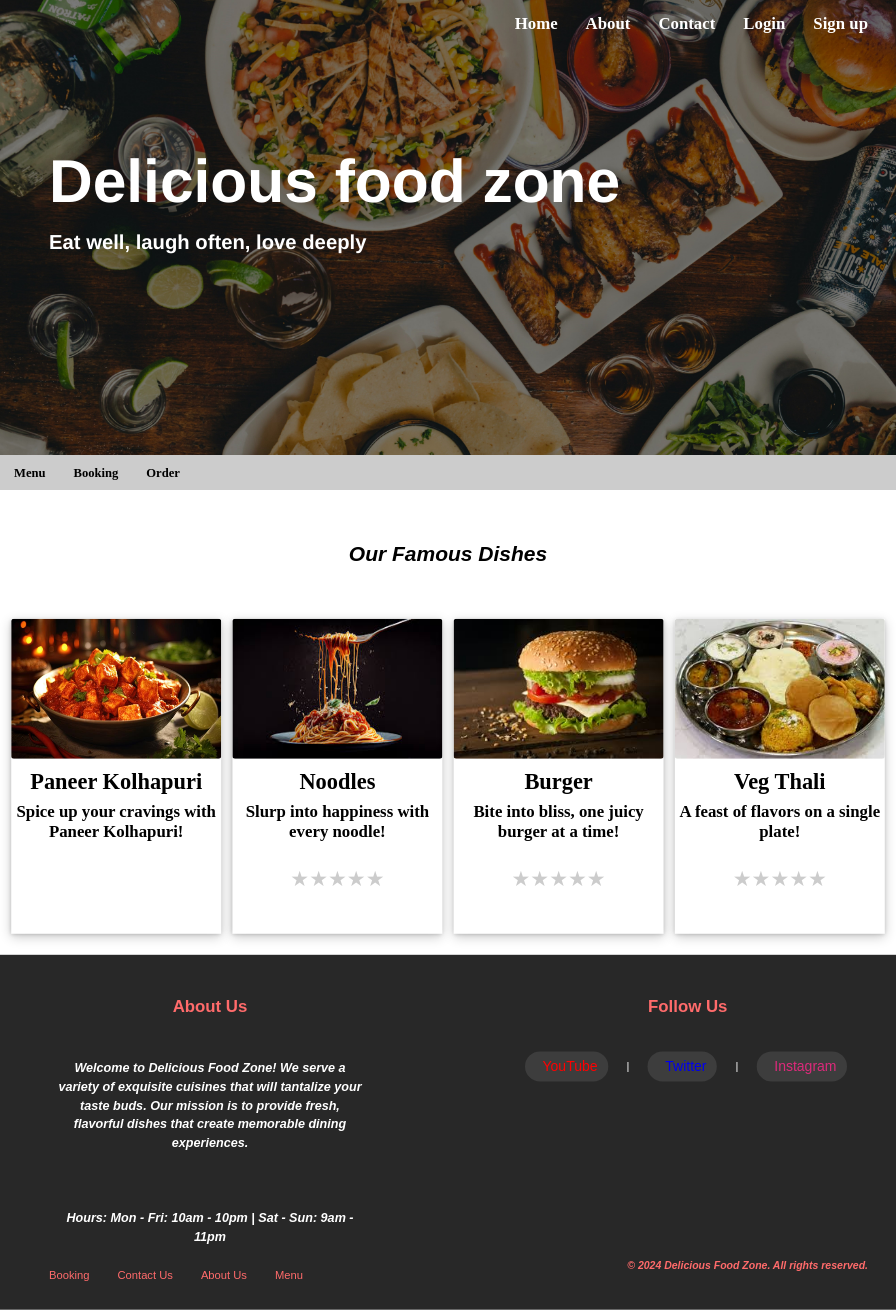
Repository: Shreya-Bonde/Restaurant-management-system
Page: index.html
The author's editor kept a copy of each file at every save. The page is drawn from the files as they stood at one save, then again after a run of saves.
The browser window is 1280 px wide. The pictures show the whole page, at 70% of full size.

Above is the page before, as saved 2024-11-08 23:30:57.

### index.html
<!DOCTYPE html>
<html lang="en">
<head>
    <meta charset="UTF-8">
    <meta name="viewport" content="width=device-width, initial-scale=1.0">
    <title>Document</title>
    <link rel="stylesheet" href="style.css">
    <link rel="stylesheet" href="script.js">
</head>
<body>
    <header>
        <div class="banner-container">
                <nav class="navbar">
                    <ul>
                        <li><a href="#home">Home</a></li>
                        <li><a href="/about.html">About</a></li>
                        <li><a href="/contact.html">Contact</a></li>
                        <li><a href="/login.html">Login</a></li>
                        <li><a href="/sign.html">Sign up</a></li>
                    </ul>
                </nav>
                <div class="centered-text">
                    <h1>Delicious food zone</h1>
                    <h6>Eat well, laugh often, love deeply</h6>
                </div>
         </div>
         <div class="nav-bar">
            <nav>
                <a class="menu-btn" href="#famous-dishes" id="menu-link">Menu</a>
                <a class="menu-btn" href="/booking.html">Booking</a>
                <a class="menu-btn" href="order.html">Order</a>
            </nav>
         </div>
    </header>
        <p>Our Famous Dishes</p>
        <div id="famous-dishes" class="Flex">
            <div class="flex-item fitem1">
            <a href="/panner.html">
                <img src="paneer kolhapuri.jpg" alt="Paneer Kolhapuri">
                <h1>Paneer Kolhapuri</h1>
                <h2>Spice up your cravings with Paneer Kolhapuri!</h2>
            </a>
                <!-- <div class="rating">
                    <span class="star" data-value="5">&#9733;</span>
                    <span class="star" data-value="4">&#9733;</span>
                    <span class="star" data-value="3">&#9733;</span>
                    <span class="star" data-value="2">&#9733;</span>
                    <span class="star" data-value="1">&#9733;</span>
                </div> -->

            </div>
            <div class="flex-item fitem2">
            <a href="/noodles.html">
                <img src="noodles1.jpg" alt="Noodles">
                <h1>Noodles</h1>
                <h2>Slurp into happiness with every noodle!</h2>
            </a>
                <div class="rating">
                    <span class="star" data-value="5">&#9733;</span>
                    <span class="star" data-value="4">&#9733;</span>
                    <span class="star" data-value="3">&#9733;</span>
                    <span class="star" data-value="2">&#9733;</span>
                    <span class="star" data-value="1">&#9733;</span>
                </div>
            </div>
            <div class="flex-item fitem3">
            <a href="/burger.html">
                <img src="burger.jpg" alt="Burger">
                <h1>Burger</h1>
                <h2>Bite into bliss, one juicy burger at a time!</h2>
            </a>
                <div class="rating">
                    <span class="star" data-value="5">&#9733;</span>
                    <span class="star" data-value="4">&#9733;</span>
                    <span class="star" data-value="3">&#9733;</span>
                    <span class="star" data-value="2">&#9733;</span>
                    <span class="star" data-value="1">&#9733;</span>
                </div>
            </div>
            <div class="flex-item fitem4">
            <a href="/veg.html">
                <img src="veg thali.jpg" alt="veg thali">
                <h1>Veg Thali</h1>
                <h2>A feast of flavors on a single plate!</h2>
            </a>
                <div class="rating">
                    <span class="star" data-value="5">&#9733;</span>
                    <span class="star" data-value="4">&#9733;</span>
                    <span class="star" data-value="3">&#9733;</span>
                    <span class="star" data-value="2">&#9733;</span>
                    <span class="star" data-value="1">&#9733;</span>
                </div>
            </div>
        </div>


    <footer class="footer">
        <div class="footer-container">
            <div class="footer-about">
                <h2>About Us</h2>
                <p>
                    Welcome to Delicious Food Zone! We serve a variety of exquisite cuisines that will tantalize your taste buds. Our mission is to provide fresh, flavorful dishes that create memorable dining experiences.
                </p>
                <p>Hours: Mon - Fri: 10am - 10pm | Sat - Sun: 9am - 11pm</p>
            </div>



            <div class="footer-social">
                <h2>Follow Us</h2>
                <div class="social-icons">
                    <a href="https://www.facebook.com/yourrestaurant" target="_blank" aria-label="Facebook"><i class="fab fa-facebook-f"></i></a>
                    <a href="https://twitter.com/yourrestaurant" target="_blank" aria-label="Twitter"><i class="fab fa-twitter"></i></a>
                    <a href="https://www.instagram.com/yourrestaurant" target="_blank" aria-label="Instagram"><i class="fab fa-instagram"></i></a>
                    <a href="https://www.tripadvisor.com/Restaurant_Review-g1234567-d12345678-Your_Restaurant_Name" target="_blank" aria-label="TripAdvisor"><i class="fab fa-tripadvisor"></i></a>
                </div>

                <div class="sm-handle">
                    <a href="http://www.youtube.com/amandhattarwal" target="_blank" class="yt_handle"
                     rel="noopener noreferrer"> <i class="fa fa-youtube fa-lg yt_handle"></i>YouTube</a>&nbsp;&nbsp;|&nbsp;&nbsp;
                <a href="http://www.linkedin.com/in/dhatterwalaman" target="_blank" class="linkedin_handle"
                rel="noopener noreferrer"> <i class="fa fa-linkedin fa-lg linkedin_handle"></i>Twitter</a>&nbsp;&nbsp;|&nbsp;&nbsp;
                <a href="http://www.instagram.com/dhattarwalaman" target="_blank" class="insta_handle"
                 rel="noopener noreferrer"> <i class="fa fa-instagram fa-lg insta_handle"></i>Instagram</a>

                </div>
            </div>

            <div class="footer-bottom">
                <p>&copy; 2024 Delicious Food Zone. All rights reserved.</p>
            </div>

            <div class="footer-links">
                <a href="#famous-dishes">Menu</a>
                 <a href="about.html">About Us</a>
                 <a href="contact.html">Contact Us</a>
                 <a href="booking.html">Booking</a>
            </div>
        </div>



    </footer>
    <script src="script1.js"></script>
</body>
</html>

### style.css
* {
    box-sizing: border-box;
    margin: 0;
    padding: 0;
}
.banner-container {
    background-image: url(background1.jpg);
    background-repeat: no-repeat;
    background-size: cover;
    position: relative;
    width: 100%;
    height: 650px;
}
.navbar {
    position: absolute;
    top: 0;
    right: 0;
    padding: 20px;
}
.centered-text {
    position: absolute;
    top: 30%;
    left: 70px;
    color: white;
    line-height: 1.5;
    font-weight: bold;
    font-size: 2.7rem;
    font-family: 'Franklin Gothic Medium', 'Arial Narrow', Arial, sans-serif;
}
h6 {
    justify-content: center;
    margin-bottom: 20px;
}
nav ul {
    list-style-type: none;
    margin: 0;
    padding: 0;
    display: flex;
    justify-content: right;
    font-size: 1.5rem;
}
nav ul li {
    margin: 0 20px;
}
nav ul li a {
    color: white;
    text-decoration: none;
    font-weight: bold;
}
nav ul li a:hover {
    text-decoration: underline;
}
.nav-bar {
    display: flex;
    background-color: #cccccc;
    height: 50px;
    background-attachment: fixed;
}
.menu-btn {
    display: block;
    float: left;
    color: black;
    text-align: center;
    text-decoration: none;
    padding: 15px 20px;
    position: sticky;
    font-weight: bold;
    font-size: large;
}
.menu-btn:hover {
    background-color: #ddd;
    color: black;
}
.Flex {
    width: 100%;
    display: flex;
    flex-wrap: wrap;
    box-sizing: gray;
    align-items: center;
    justify-content: space-evenly;
}
.flex-item {
    box-shadow: 0 2px 6px 0 rgba(0,0,0,0.2), 0 4px 16px 0 rgba(0,0,0,0.2);
    margin: 0;
    padding: 0;
}
.flex-item img {
 width: 100%;
 object-fit: fill;
}
.flex-item {
    margin-top: 20px;
    margin-bottom: 30px;
    display: inline-block;
    background-color: white;
    width: 300px;
    height: 450px;
    text-align: center;
}
.flex-item:hover {
    transform: scale(1.05);
}
img {
    width: 100%;
    height: 200px;
    object-fit: fill;
    border-radius: 4px;
}
p {
    text-align: center;
    font-size: 30px;
    font-weight: bold;
    font-style: oblique;
    font-family: Arial, Helvetica, sans-serif;
    padding: 50px 20px 30px;
    text-decoration: none;
    margin-top: 25px;
    margin-bottom: 25px;
}
.flex-item h2 {
    line-height: 1.2;
}
.flex-item h1 {
    padding-top: 10px;
    padding-bottom: 10px;
}

.flex-item a {
    text-decoration: none;
    color: inherit; /* Keep the text color same as parent */
    display: block; /* Make the entire flex item block clickable */
}

.flex-item a:hover {
    color: inherit; /* Ensure hover doesn't change the text color */
}

.flex-item:hover {
    transform: scale(1.05);
}


/* Star rating styles */
.rating {
    display: flex;
    justify-content: center;
    margin-top: 35px;
}

.rating .star {
    font-size: 30px;
    cursor: pointer;
    color: #ccc; /* Default star color */
    transition: color 0.2s ease;
}

.rating .star:hover,
.rating .star.active {
    color: #ffcc00; Star color on hover and when active
}

/*"selected" stars keep the color yellow even after hover */
.rating .star.selected {
    color: #ffcc00; Permanent yellow color after selection
}


footer {
    background-color: #282828;
    color: #fff;
    padding: 40px 20px;
    text-align: center;
    font-family: 'Arial', sans-serif;
}

.footer-container {
    display: flex;
    position: relative;
    justify-content: space-between;
    flex-wrap: wrap;
    max-width: 1200px;
    margin: 0 auto;
    padding: 20px;
}

.footer-about,
.footer-links,
.footer-social {
    flex: 1;
    min-width: 250px;
}

.footer-about h2,
.footer-links h2,
.footer-social h2 {
    color: #ff6b6b;
    margin-bottom: 10px;
}

.footer-about p {
    text-decoration: none;
    line-height: 1.5;
    font-size: 18px;
    margin: 0;
}
.footer-links {
    position: absolute;
    bottom: 0;
    left: 10px;
    margin-top: 0px; /* Add some space above the links */
    padding-left: 0;
}

.footer-links a {
    display: block;
    float: right;
    color: white;
    text-align: center;
    text-decoration: none;
    padding: 0 20px;
    margin-left: 0;
    position: sticky;
    color: #ff6b6b;
    text-decoration: none;
    transition: color 0.3s ease;
}

.footer-links a:hover {
    color: #fff;
}
/* .footer-links a { */
    /* display: inline-block; */
    /* margin-right: 10px; Spacing between the links */
    /* text-decoration: none; */
    /* color: #333; You can change the color if needed */
/* } */

/* .footer-links a:hover { */
    /* color: #007BFF; Hover effect on links */
/* } */
.footer-social {
    margin-left: 200px; /* Adjust this value to shift further or less */
}
.footer-social .social-icons {
    display: flex;
    justify-content: center;
    margin-top: 10px;
}
.footer-social h2 {
    margin-bottom: 35px;
    margin-left: 5px; /* Adjust this value to control the shift */
}
.footer-social .social-icons a {
    color: #ff6b6b;
    margin-left: 10px;
    font-size: 24px;
    transition: color 0.3s ease;
}

.footer-social .social-icons a:hover {
    color: #fff;
}
.sm-handle {
    display: flex;          /* Use flexbox to align items horizontally */
    flex-wrap: nowrap;      /* Prevent items from wrapping to the next line */
    justify-content: space-between; /* Add space between items */
    align-items: center;    /* Center them vertically */
    margin-top: 10px;       /* Add some space above the sm-handle */
}
.sm-handle a {
    background-color: rgb(125 125 125 / 25%);
    padding: 10px 15px;
    border-radius: 30px;
    margin: 5px 10px;
    text-decoration: none;
    font-size: 1.25em;
}

.sm-handle a:hover {
    background-color: rgb(30 30 30 / 25%);
}

.sm-handle a i {
    margin: 5px;
}
.yt_handle {
    color: #FF0000;
}

.twitter_handle {
    color: #48b7ea;
}

.insta_handle {
    color: #dd2a7b;
}

.footer-bottom {
    position: absolute; /* Position the copyright notice */
    bottom: 10px; /* Align near the bottom */
    right: 0; /* Align to the rightmost corner */
    color: #ff6b6b; /* Same color as the links */

}

.footer-bottom p {
    margin: 0; /* Remove margin */
    padding: 5px 0; /* Add some padding */
    font-size: 15px;
    right: 0;
    margin-left: 0;
}

/* Responsive styling */
@media (max-width: 768px) {
    .flex-item {
        width: 100%; /* Full width on smaller screens */
        margin-bottom: 20px;
    }
}

### script.js
// document.addEventListener('DOMContentLoaded', function () {
//     const stars = document.querySelectorAll('.star');

//     stars.forEach(star => {
//         // Click event to set the rating permanently
//         star.addEventListener('click', function () {
//             const rating = this.getAttribute('data-value');

//             // Remove selected class from all stars
//             stars.forEach(s => s.classList.remove('selected'));

//             // Add selected class to the clicked star and all previous stars
//             this.classList.add('selected');
//             let previous = this.previousElementSibling;
//             while (previous) {
//                 previous.classList.add('selected');
//                 previous = previous.previousElementSibling;
//             }
//         });

//         // Hover effect to preview rating
//         star.addEventListener('mouseover', function () {
//             // Remove active class from all stars (hover preview effect)
//             stars.forEach(s => s.classList.remove('active'));

//             // Add active class to hovered star and all previous stars
//             this.classList.add('active');
//             let previous = this.previousElementSibling;
//             while (previous) {
//                 previous.classList.add('active');
//                 previous = previous.previousElementSibling;
//             }
//         });

//         // Remove hover effect but retain the selected stars
//         star.addEventListener('mouseout', function () {
//             // Remove active class from all stars (clear hover effect)
//             stars.forEach(s => s.classList.remove('active'));

//             // Re-apply selected class to keep stars yellow after rating
//             stars.forEach(s => {
//                 if (s.classList.contains('selected')) {
//                     s.classList.add('active');
//                 }
//             });
//         });
//     });
// });
const stars = document.querySelectorAll('.star');
        let currentRating = 0;

        // Function to reset the stars (remove all hover and checked classes)
        const resetStars = () => {
            stars.forEach(star => star.classList.remove('hovered', 'checked'));
        };

        // Function to set the current rating visually
        const setRating = (rating) => {
            resetStars();
            stars.forEach((star, index) => {
                if (index < rating) {
                    star.classList.add('checked');
                }
            });
        };

        // Event listeners for hover effect
        stars.forEach((star, index) => {
            // Hover effect
            star.addEventListener('mouseover', () => {
                resetStars();
                for (let i = 0; i <= index; i++) {
                    stars[i].classList.add('hovered');
                }
            });

            // Remove hover effect when mouse leaves the star area
            star.addEventListener('mouseout', () => {
                setRating(currentRating);
            });

            // Click to set the rating
            star.addEventListener('click', () => {
                currentRating = index + 1;
                setRating(currentRating);
            });
        });

### script1.js
// Highlight stars based on clicks
function highlightStars(event) {
    const stars = event.currentTarget.querySelectorAll('.star');
    const selectedValue = event.target.getAttribute('data-value');

    stars.forEach((star) => {
        if (star.getAttribute('data-value') <= selectedValue) {
            star.classList.add('selected'); // Add a class to highlight the star
        } else {
            star.classList.remove('selected'); // Remove highlight from unselected stars
        }
    });
}

After the next 2 saves:
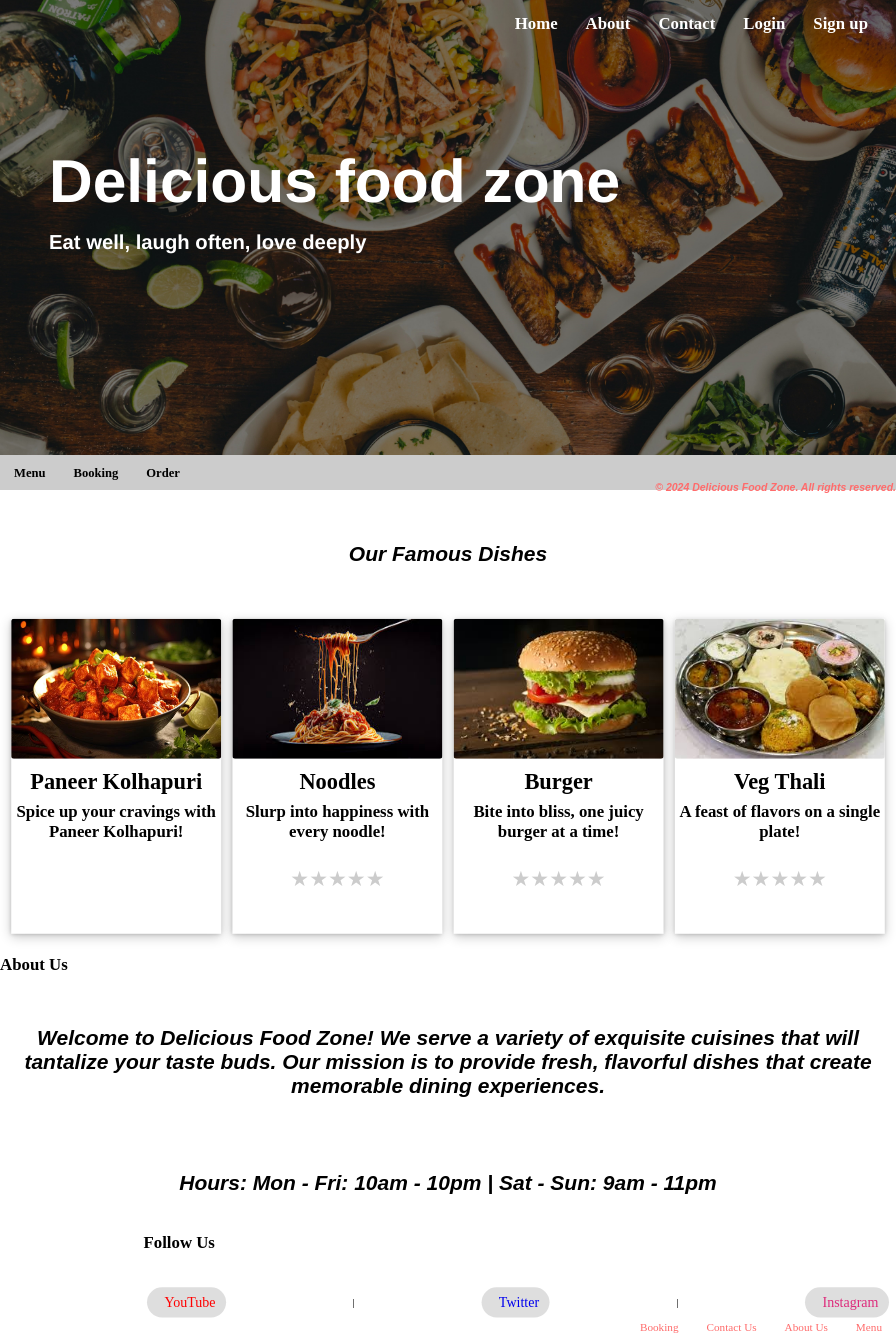
The 2 saves are shown as one change because they came seconds apart.
The last was saved 5 s later.
--- a/style.css
+++ b/style.css
@@ -161,7 +161,7 @@
 
 /*"selected" stars keep the color yellow even after hover */
 .rating .star.selected {
-    color: #ffcc00; Permanent yellow color after selection
+    color: #ffcc00; /*Permanent yellow color after selection
 }
 
 

After the save that followed:
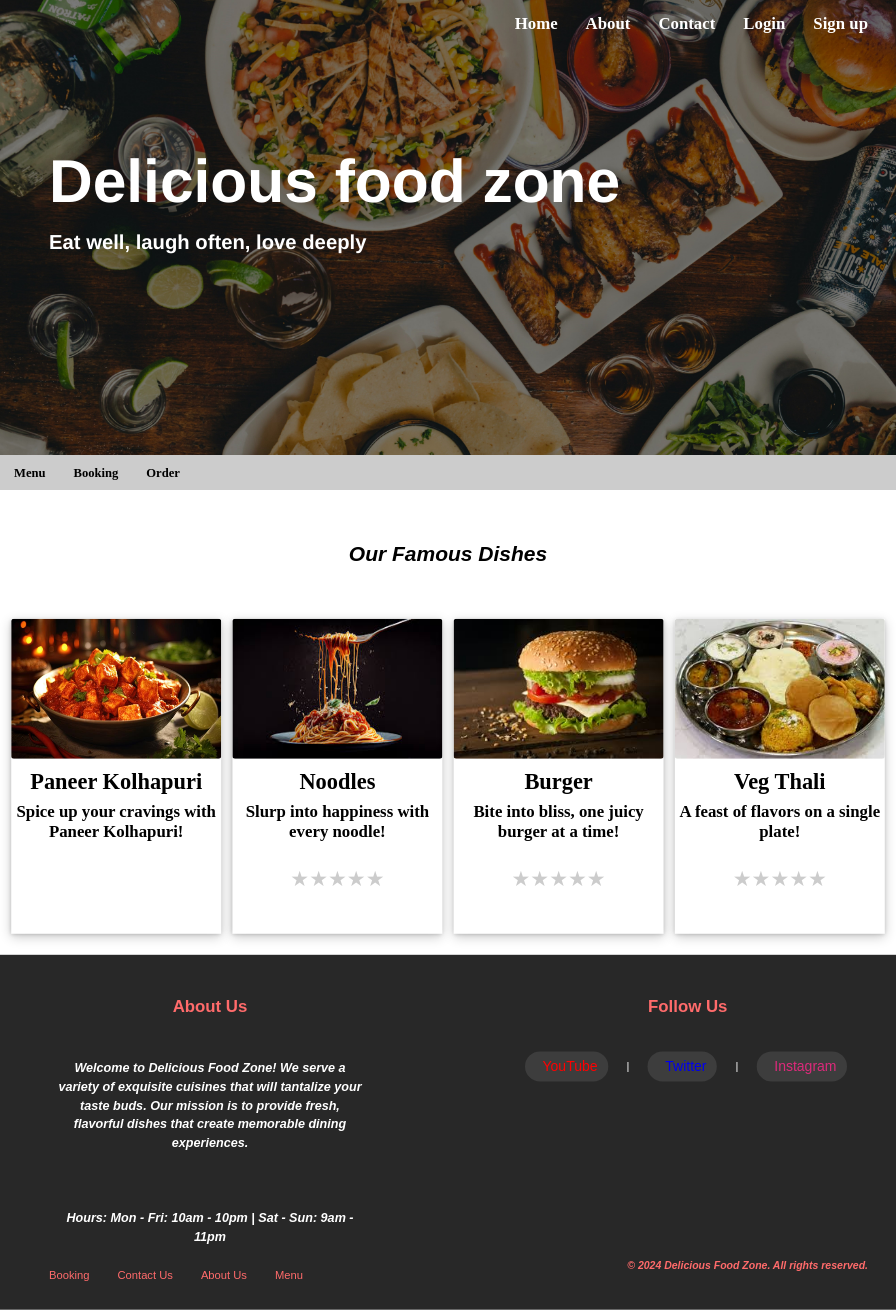
Saved 6 s later.
--- a/style.css
+++ b/style.css
@@ -161,7 +161,7 @@
 
 /*"selected" stars keep the color yellow even after hover */
 .rating .star.selected {
-    color: #ffcc00; /*Permanent yellow color after selection
+    color: #ffcc00; /*Permanent yellow color after selection*/
 }
 
 
